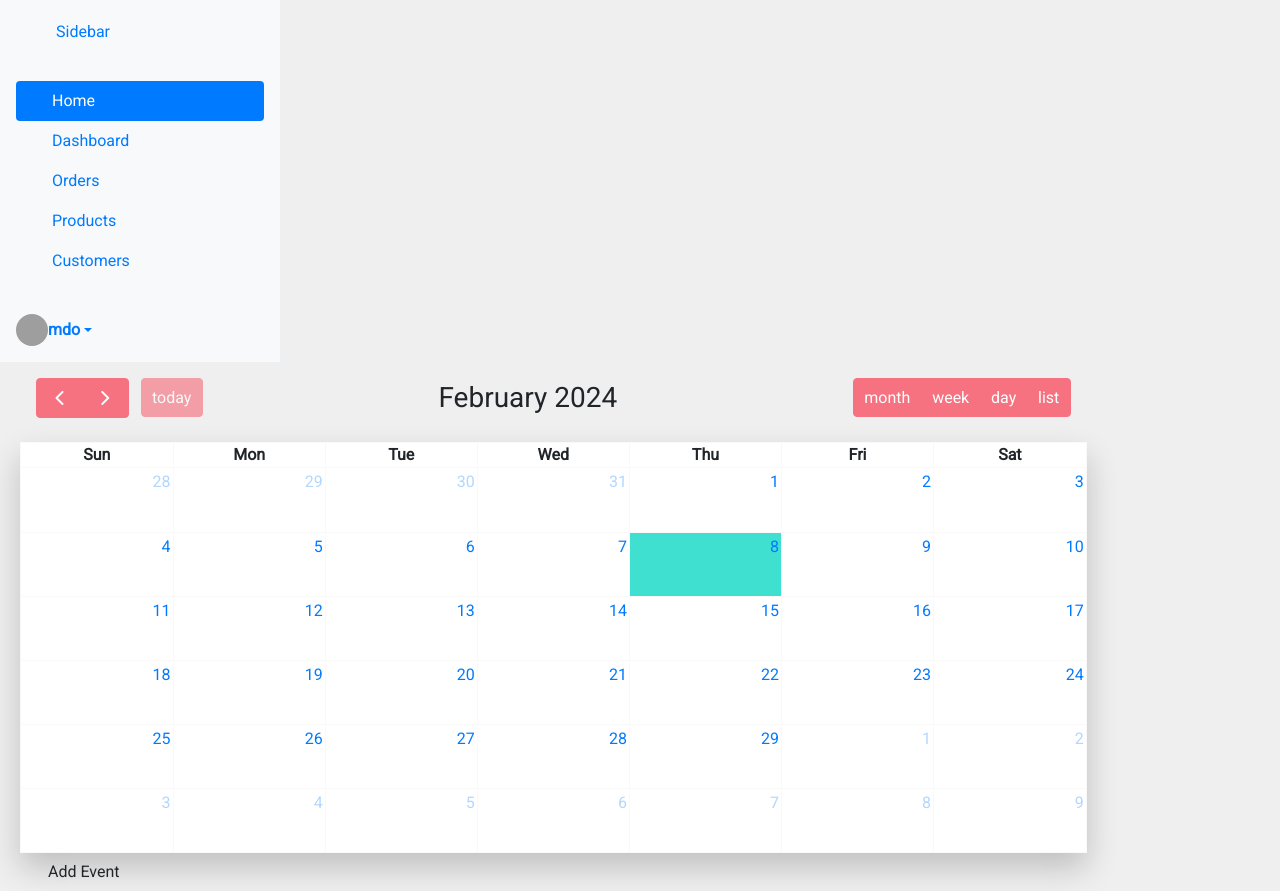
Repository: marios-petrov/NuPath
Page: softwareengineering1/calendarapp/templates/dataTest.html
An editor plug-in stored every save of this project. The page is shown before and after the next save, followed by the edit.
The browser window is 1280 px wide. The pictures show the whole page.
Pictures or frames that could not be fetched are drawn as grey boxes. The template is drawn by Django 5.2. The application's start-up code is not run. Other server files are loaded and not shown. The template is opened directly, without the code that normally fills it, so the values that code supplies are empty.

Above is the page before, as saved 2024-02-21 19:42:30.

### softwareengineering1/calendarapp/templates/dataTest.html
<!--initial calendar js, css, and bootstrap from https://colorlib.com/wp/template/calendar-20/-->
<!--https://colorlib.com/wp/bootstrap-calendars/ last visited: 2/19/2024-->

{% extends "base.html" %}

{% block content %}
{%load static %}

<div id='calendar-container' class='col-10 px-0'>
    <div id='calendar'></div>
    <div class="col-2">
        <button class="btn fc-button-primary">Add Event</button>
    </div>
</div>

<script src="{% static 'js/jquery-3.3.1.min.js' %}"></script>
<script src="{% static 'js/popper.min.js' %}"></script>
<script src="{% static 'js/bootstrap.min.js' %}"></script>

<!-- Include your static JavaScript files -->
<script src="{% static 'fullcalendar/packages/core/main.js' %}"></script>
<script src="{% static 'fullcalendar/packages/interaction/main.js' %}"></script>
<script src="{% static 'fullcalendar/packages/daygrid/main.js' %}"></script>
<script src="{% static 'fullcalendar/packages/timegrid/main.js' %}"></script>
<script src="{% static 'fullcalendar/packages/list/main.js' %}"></script>

<script>
    document.addEventListener('DOMContentLoaded', function () {
        var calendarEl = document.getElementById('calendar');

        var calendar = new FullCalendar.Calendar(calendarEl, {
            plugins: ['interaction', 'dayGrid', 'timeGrid', 'list'],
            height: 'parent',
            header: {
                left: 'prev,next today',
                center: 'title',
                right: 'dayGridMonth,timeGridWeek,timeGridDay,listWeek'
            },
            defaultView: 'dayGridMonth',
            defaultDate: '2024-02-01',
            navLinks: true, // can click day/week names to navigate views
            editable: true,
            eventLimit: true, // allow "more" link when too many events
            events: [
            {% for e in events %}
                {
                    title: '{{e.title}}',
                    start: '{{e.startTime|date:"c"}}',
                    end: '{{e.endTime|date:"c"}}',
                },
            {% endfor %}
            ]
        });

        calendar.render();
    });
</script>

{% endblock %}

### softwareengineering1/softwareengineering1/templates/base.html
<!doctype html>
<html lang="en">

  <head>
    <!-- Required meta tags -->
    <meta charset="utf-8">
    <meta name="viewport" content="width=device-width, initial-scale=1">
    <link href="https://fonts.googleapis.com/css?family=Roboto:300,400&display=swap" rel="stylesheet">
    <link href="https://fonts.googleapis.com/css?family=Poppins:300,400,500&display=swap" rel="stylesheet">

    <!-- Include your static CSS files -->
    {% load static %}
    <link rel="stylesheet" href="{% static 'fonts/icomoon/style.css' %}">
    <link href="{% static 'fullcalendar/packages/core/main.css' %}" rel="stylesheet">
    <link href="{% static 'fullcalendar/packages/daygrid/main.css' %}" rel="stylesheet">

    <!-- Bootstrap CSS -->
    <link rel="stylesheet" href="{% static 'css/bootstrap.min.css' %}">

    <!-- Style -->
    <link rel="stylesheet" href="{% static 'css/style.css' %}">

    <title>Novo Ninja</title>
  </head>
<body>
  <div class='container min-vw-100 justify-content'>
    <div class='row'>
  {% include 'navbar.html' %}

  {% block content %}

  {% endblock %}
</div>
</div>
</body>
</html>

### softwareengineering1/navbar/templates/navbar.html
<div class="d-flex flex-column flex-shrink-0 p-3 bg-light" style="width: 280px;">
    <a href="/" class="d-flex align-items-center mb-3 mb-md-0 me-md-auto link-dark text-decoration-none">
      <svg class="bi me-2" width="40" height="32"><use xlink:href="#bootstrap"></use></svg>
      <span class="fs-4">Sidebar</span>
    </a>
    <hr>
    <ul class="nav nav-pills flex-column mb-auto">
      <li class="nav-item">
        <a href="#" class="nav-link active" aria-current="page">
          <svg class="bi me-2" width="16" height="16"><use xlink:href="#home"></use></svg>
          Home
        </a>
      </li>
      <li>
        <a href="#" class="nav-link link-dark">
          <svg class="bi me-2" width="16" height="16"><use xlink:href="#speedometer2"></use></svg>
          Dashboard
        </a>
      </li>
      <li>
        <a href="#" class="nav-link link-dark">
          <svg class="bi me-2" width="16" height="16"><use xlink:href="#table"></use></svg>
          Orders
        </a>
      </li>
      <li>
        <a href="#" class="nav-link link-dark">
          <svg class="bi me-2" width="16" height="16"><use xlink:href="#grid"></use></svg>
          Products
        </a>
      </li>
      <li>
        <a href="#" class="nav-link link-dark">
          <svg class="bi me-2" width="16" height="16"><use xlink:href="#people-circle"></use></svg>
          Customers
        </a>
      </li>
    </ul>
    <hr>
    <div class="dropdown">
      <a href="#" class="d-flex align-items-center link-dark text-decoration-none dropdown-toggle" id="dropdownUser2" data-bs-toggle="dropdown" aria-expanded="false">
        <img src="https://github.com/mdo.png" alt="" width="32" height="32" class="rounded-circle me-2">
        <strong>mdo</strong>
      </a>
      <ul class="dropdown-menu text-small shadow" aria-labelledby="dropdownUser2">
        <li><a class="dropdown-item" href="#">New project...</a></li>
        <li><a class="dropdown-item" href="#">Settings</a></li>
        <li><a class="dropdown-item" href="#">Profile</a></li>
        <li><hr class="dropdown-divider"></li>
        <li><a class="dropdown-item" href="#">Sign out</a></li>
      </ul>
    </div>
  </div>

### softwareengineering1/softwareengineering1/static/fullcalendar/packages/daygrid/main.css
/* DayGridView
--------------------------------------------------------------------------------------------------*/
/* day row structure */
.fc-dayGridWeek-view .fc-content-skeleton,
.fc-dayGridDay-view .fc-content-skeleton {
  /* there may be week numbers in these views, so no padding-top */
  padding-bottom: 1em;
  /* ensure a space at bottom of cell for user selecting/clicking */
}

.fc-dayGrid-view .fc-body .fc-row {
  min-height: 4em;
  /* ensure that all rows are at least this tall */
}

/* a "rigid" row will take up a constant amount of height because content-skeleton is absolute */
.fc-row.fc-rigid {
  overflow: hidden;
}

.fc-row.fc-rigid .fc-content-skeleton {
  position: absolute;
  top: 0;
  left: 0;
  right: 0;
}

/* week and day number styling */
.fc-day-top.fc-other-month {
  opacity: 0.3;
}

.fc-dayGrid-view .fc-week-number,
.fc-dayGrid-view .fc-day-number {
  padding: 2px;
}

.fc-dayGrid-view th.fc-week-number,
.fc-dayGrid-view th.fc-day-number {
  padding: 0 2px;
  /* column headers can't have as much v space */
}

.fc-ltr .fc-dayGrid-view .fc-day-top .fc-day-number {
  float: right;
}

.fc-rtl .fc-dayGrid-view .fc-day-top .fc-day-number {
  float: left;
}

.fc-ltr .fc-dayGrid-view .fc-day-top .fc-week-number {
  float: left;
  border-radius: 0 0 3px 0;
}

.fc-rtl .fc-dayGrid-view .fc-day-top .fc-week-number {
  float: right;
  border-radius: 0 0 0 3px;
}

.fc-dayGrid-view .fc-day-top .fc-week-number {
  min-width: 1.5em;
  text-align: center;
  background-color: #f2f2f2;
  color: #808080;
}

/* when week/day number have own column */
.fc-dayGrid-view td.fc-week-number {
  text-align: center;
}

.fc-dayGrid-view td.fc-week-number > * {
  /* work around the way we do column resizing and ensure a minimum width */
  display: inline-block;
  min-width: 1.25em;
}

### softwareengineering1/softwareengineering1/static/css/style.css
body {
  font-family: "Roboto", -apple-system, BlinkMacSystemFont, "Segoe UI", Roboto, "Helvetica Neue", Arial, "Noto Sans", sans-serif, "Apple Color Emoji", "Segoe UI Emoji", "Segoe UI Symbol", "Noto Color Emoji";
  background-color: #efefef; }

p {
  color: #b3b3b3;
  font-weight: 300; }

h1, h2, h3, h4, h5, h6,
.h1, .h2, .h3, .h4, .h5, .h6 {
  font-family: "Roboto", -apple-system, BlinkMacSystemFont, "Segoe UI", Roboto, "Helvetica Neue", Arial, "Noto Sans", sans-serif, "Apple Color Emoji", "Segoe UI Emoji", "Segoe UI Symbol", "Noto Color Emoji"; }

a {
  -webkit-transition: .3s all ease;
  -o-transition: .3s all ease;
  transition: .3s all ease; }
  a, a:hover {
    text-decoration: none !important; }

.content {
  padding: 7rem 0; }

h2 {
  font-size: 20px; }

.form-control:active, .form-control:focus {
  outline: none;
  -webkit-box-shadow: none;
  box-shadow: none; }

#calendar {
  margin: 0 auto; }
  #calendar .fc-view-container {
    background-color: #fff;
    -webkit-box-shadow: 0 15px 30px 0 rgba(0, 0, 0, 0.2);
    box-shadow: 0 15px 30px 0 rgba(0, 0, 0, 0.2); }
  #calendar .fc-toolbar.fc-header-toolbar .fc-center {
    display: block; }

#calendar-container {
  top: 0;
  left: 20px;
  right: 20px;
  bottom: 20px; }

.fc-header-toolbar {
  /*
    the calendar will be butting up against the edges,
    but let's scoot in the header's buttons
    */
  padding-top: 1em;
  padding-left: 1em;
  padding-right: 1em; }

@media (max-width: 767.98px) {
  .fc-toolbar {
    display: block !important;
    text-align: center; }
    .fc-toolbar .fc-center {
      display: block;
      margin-top: 20px;
      margin-bottom: 20px; } }

Loaded but not shown: softwareengineering1/softwareengineering1/static/fonts/icomoon/style.css (common file); softwareengineering1/softwareengineering1/static/css/bootstrap.min.css (library); softwareengineering1/softwareengineering1/static/js/jquery-3.3.1.min.js (library); softwareengineering1/softwareengineering1/static/js/popper.min.js (library); softwareengineering1/softwareengineering1/static/js/bootstrap.min.js (library); softwareengineering1/softwareengineering1/static/fullcalendar/packages/core/main.js (library); softwareengineering1/softwareengineering1/static/fullcalendar/packages/interaction/main.js (2143 lines, source omitted); softwareengineering1/softwareengineering1/static/fullcalendar/packages/daygrid/main.js (1641 lines, source omitted); softwareengineering1/softwareengineering1/static/fullcalendar/packages/timegrid/main.js (1357 lines, source omitted); softwareengineering1/softwareengineering1/static/fullcalendar/packages/list/main.js (343 lines, source omitted); softwareengineering1/softwareengineering1/static/fullcalendar/packages/core/main.css (1058 lines, source omitted)

After the next save:
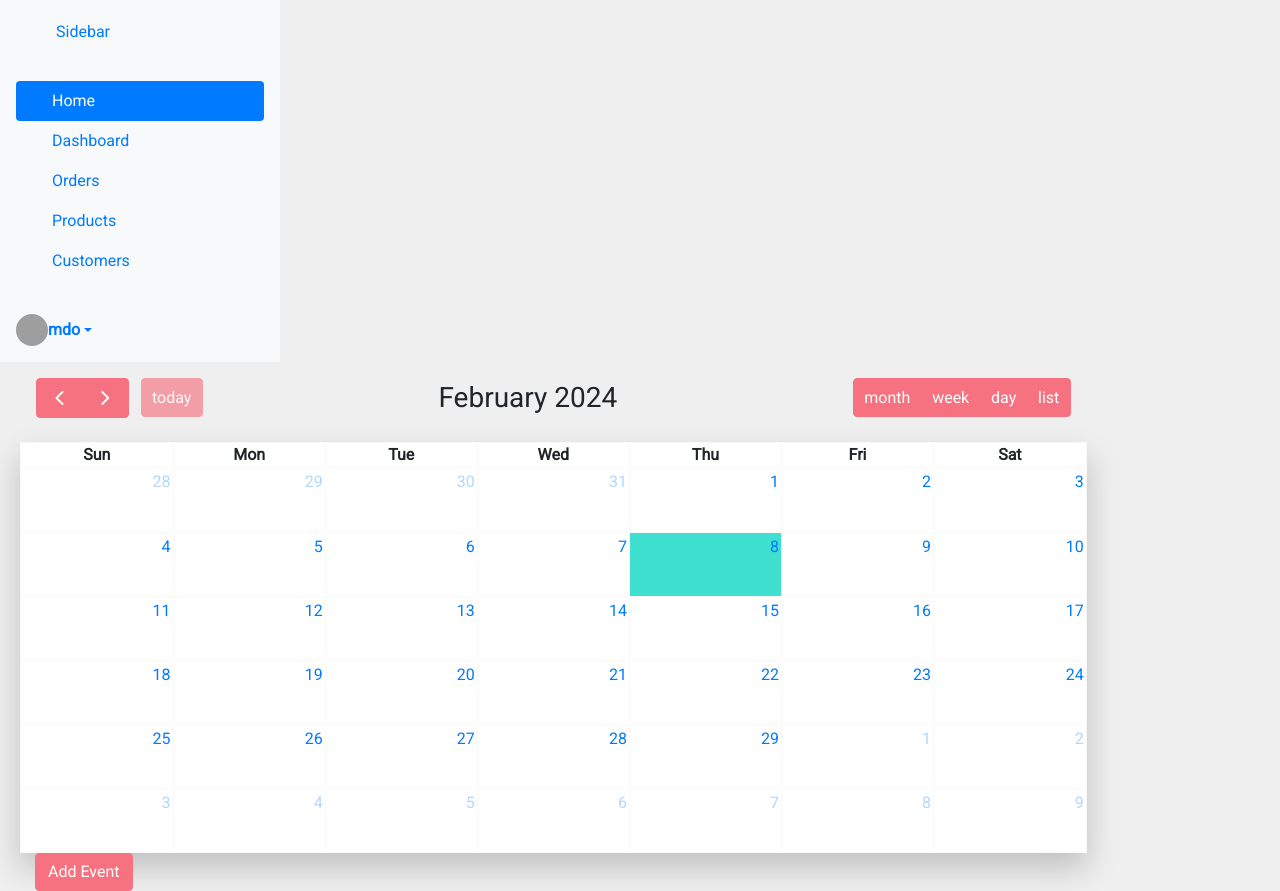
Saved 12 s later.
--- a/softwareengineering1/calendarapp/templates/dataTest.html
+++ b/softwareengineering1/calendarapp/templates/dataTest.html
@@ -9,7 +9,7 @@
 <div id='calendar-container' class='col-10 px-0'>
     <div id='calendar'></div>
     <div class="col-2">
-        <button class="btn fc-button-primary">Add Event</button>
+        <button class="btn fc-button-primary fc-button-active">Add Event</button>
     </div>
 </div>
 
